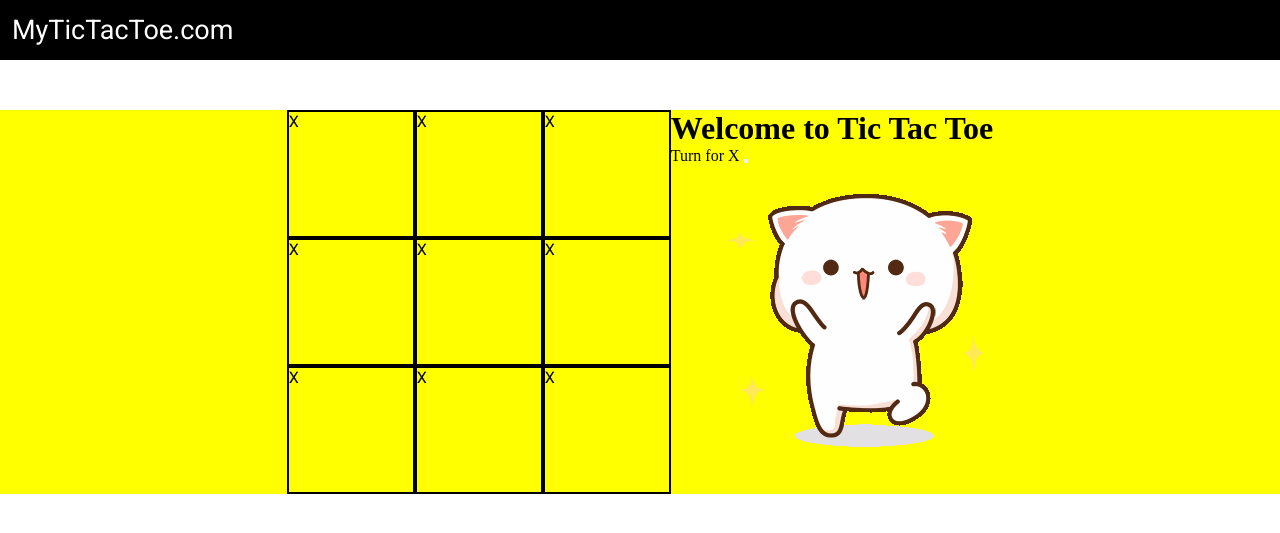
Repository: AshwinUgale/TicTacToe
Page: index.html
The author's editor kept a copy of each file at every save. The page is drawn from the files as they stood at one save, then again after the next save.
The browser window is 1280 px wide. The pictures show the whole page.

Above is the page before, as saved 2024-12-19 09:52:50.

After the next save:
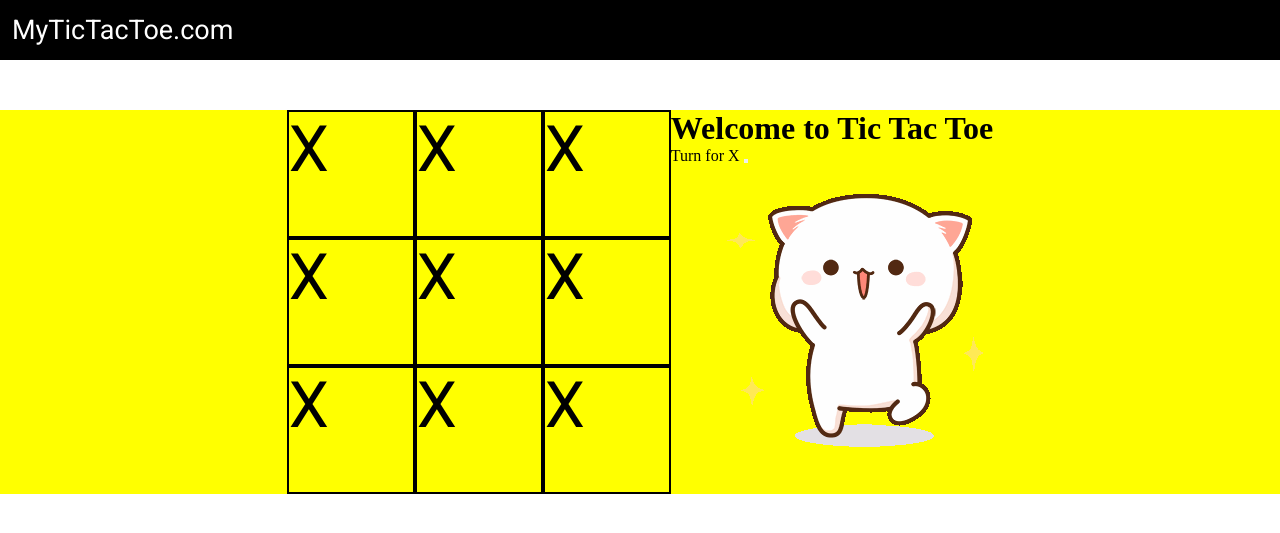
Saved 24 s later.
--- a/style.css
+++ b/style.css
@@ -36,4 +36,5 @@ nav ul{
 
 .box{
     border: 2px solid black;
+    font-size: 5vw;
 }
